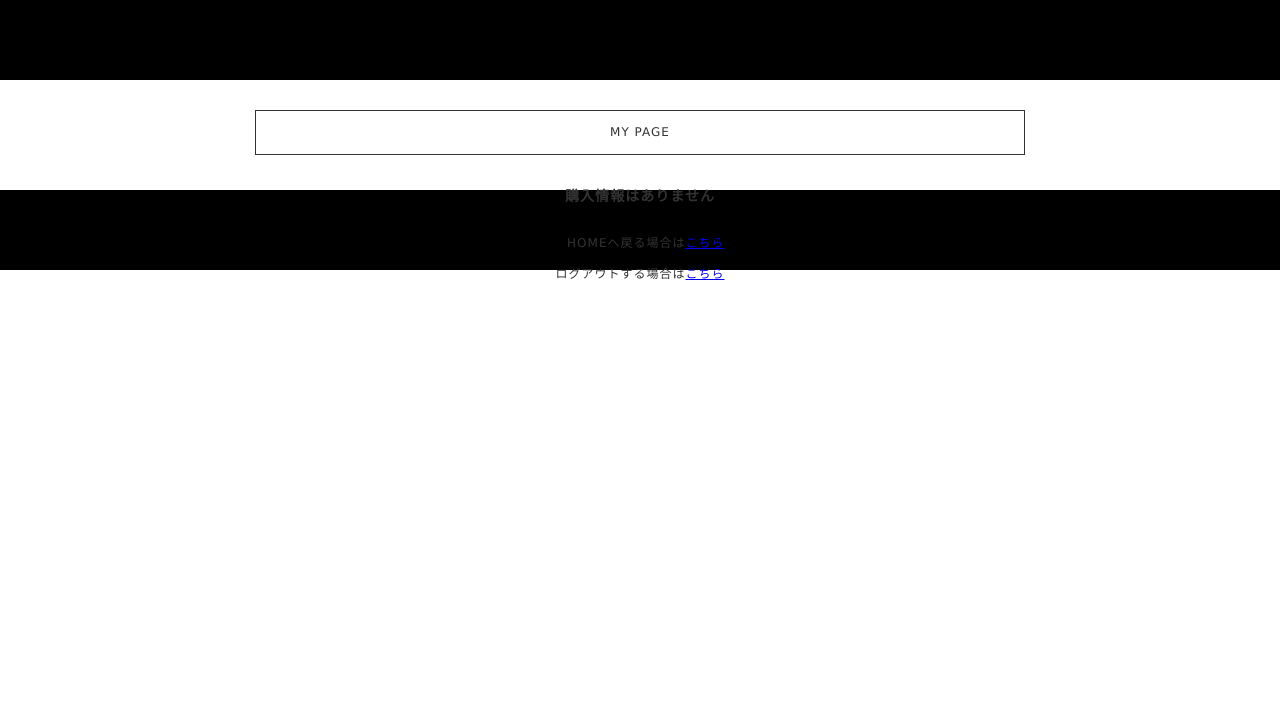
Repository: kf3225/backup
Page: http://localhost/ecsite/myPage.jsp
The author's editor kept a copy of each file at every save. The page is drawn from the files as they stood at one save, then again after the next save.
The browser window is 1280 px wide. The pictures show the whole page.
The page is served by Tomcat 9. Other server files are loaded and not shown.

Above is the page before, as saved 2018-01-25 06:32:05.

### ecsite/WebContent/myPage.jsp
<%@ page language="java" contentType="text/html; charset=UTF-8"
    pageEncoding="UTF-8"%>
<%@ taglib prefix="s" uri="/struts-tags" %>
<!DOCTYPE html PUBLIC "-//W3C//DTD HTML 4.01 Transitional//EN" "http://www.w3.org/TR/html4/loose.dtd">
<html>
<head>
<meta http-equiv="Content-Type" content="text/html; charset=UTF-8" />
<meta http-equiv="Content=Style-Type" content="text/css" />
<meta http-equiv="Content-Script-Type" content="text/javascript" />
<meta http-equiv="imagetoolbar" content="no" />
<meta name="description" content="" />
<meta name="keywords" content="" />

<style type="text/css">

/* ===== TAG LAYOUT ===== */
body {
	margin:0;
	padding:0;
	line-height:1.6;
	letter-spacing:1px;
	font-family:Verdana, Helvetica, sans-serif;
	font-size:12px;
	color:#333;
	background-color:#fff;
}

table {
	text-align:center;
	margin:0 auto;
}

/* ===== ID LAYOUT ===== */
#top {
	width:60%;
	margin:30px auto;
	border:1px solid #333;
}

#header {
	width:100%;
	height:80px;
	background-color:black;
}

#main {
	width:100%;
	height:80px;
	background-color:#fff;
	text-align:center;
}

#footer {
	width:100%;
	height:80px;
	background-color:black;
	clear:both;
}

#text-right {
	display:inline-block;
	text-align:right;
}

</style>

<title>MY PAGE</title>
</head>
<body>
	<div id="header">
		<div id="pr"></div>
	</div>

	<div id="main">
		<div id="top"><p>MY PAGE</p></div>
		<div>
		<s:if test="myPageList == null">
			<h3>購入情報はありません</h3>
		</s:if>
		<s:elseif test="message == null">
			<h3>購入情報は以下になります</h3>
			<table border="1px">
				<tr>
					<th>商品名</th>
					<th>値段</th>
					<th>購入個数</th>
					<th>支払方法</th>
					<th>購入日</th>
				</tr>
				<s:iterator value="myPageList">
				<tr>
					<td><s:property value="itemName" /></td>
					<td><s:property value="totalPrece" /><span>円</span></td>
					<td><s:property value="totalCount" /><span>個</span></td>
					<td><s:property value="payment" /></td>
					<td><s:property value="insert_date" /></td>
				</tr>
				</s:iterator>
			</table>
			<s:form action="MyPageAction">
				<input type="hidden" name="deleteFlg" value="1">
				<s:submit value="削除" method="delete" />
			</s:form>
		</s:elseif>
		<s:if test="message != null">
			<h3><s:property value="message" /></h3>
		</s:if>
		</div>
		<div id="text-right">
			<p>HOMEへ戻る場合は<a href='<s:url action="GoHomeAction" />'>こちら</a></p>
			<p>ログアウトする場合は<a href='<s:url action="LogoutAction" />'>こちら</a></p>
		</div>
	</div>

	<div id="footer">
		<div id="pr"></div>
	</div>
</body>
</html>

After the next save:
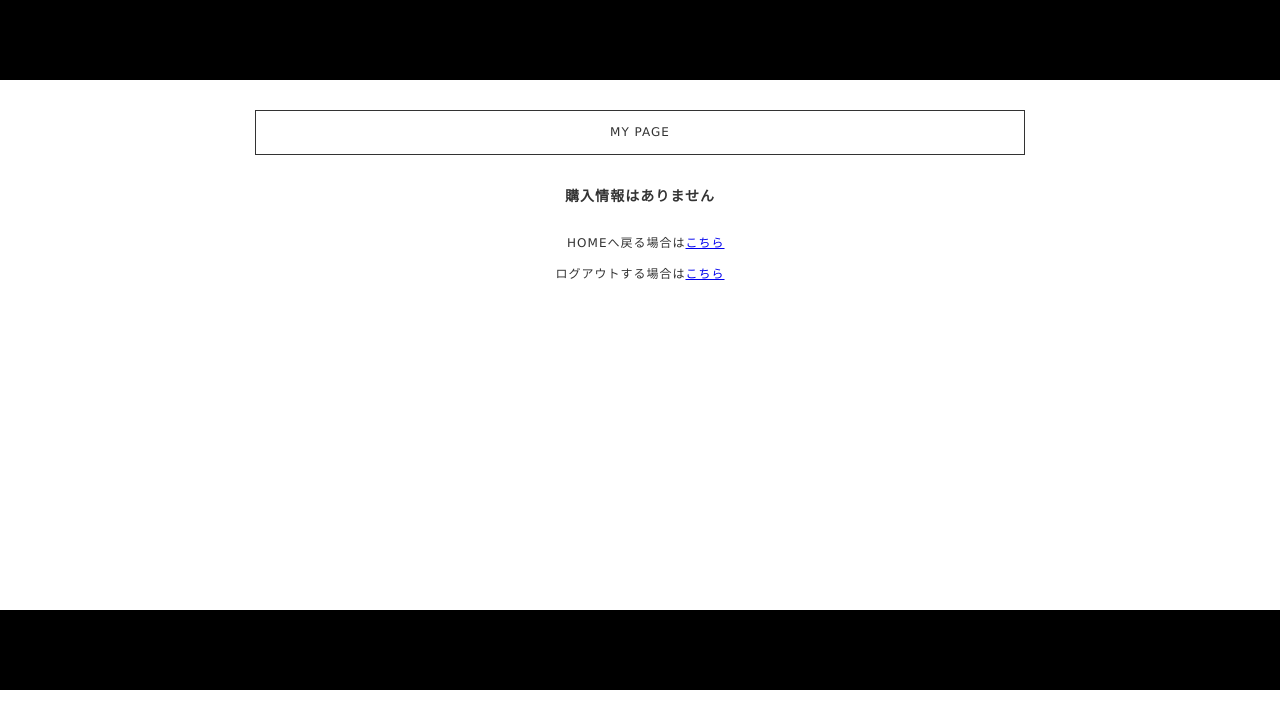
Saved 71 s later.
--- a/ecsite/WebContent/myPage.jsp
+++ b/ecsite/WebContent/myPage.jsp
@@ -45,7 +45,7 @@ table {
 
 #main {
 	width:100%;
-	height:80px;
+	height:500px;
 	background-color:#fff;
 	text-align:center;
 }
